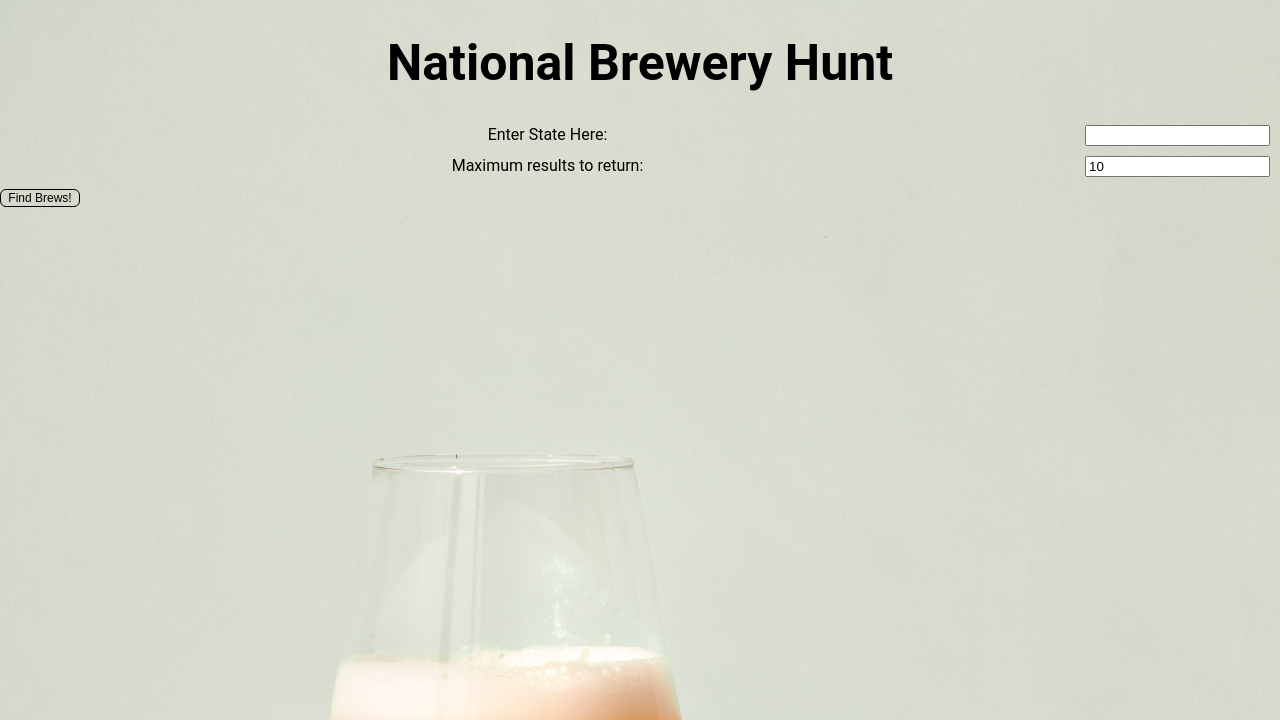
Repository: kaitlynMidori/searchBrews
Page: index.html
These files come from the project's save history. The page is drawn as it stood at one moment and after the next save; the edit follows.
The browser window is 1280 px wide. The pictures show the whole page.

Above is the page before, as saved 2021-01-08 14:07:16.

### index.html
<!DOCTYPE html>
<html lang="en">

<head>
    <meta charset="UTF-8" />
    <meta name="viewport" content="width=device-width, initial-scale=1.0" />
    <meta http-equiv="X-UA-Compatible" content="ie=edge" />
    <title>National Brewery Hunt</title>
    <link rel="stylesheet" href="style.css" />
</head>

<body>
    <div id="container">
        <h1>National Brewery Hunt</h1>

        <form id="search-form">
            <p>
                <label for="by_state">Enter State Here:</label>
                    <input type="text" name="by_state" id="by_state" required />
            </p>

            <p>
                <label for="max-results">Maximum results to return: </label>
                    <input type="number" name="max-results" id="max-results" value="10" />
            </p>

                <input type="submit" value="Find Brews!" class="submit" />
        </form>

        <p id="error-message"></p>
        <section id="results" class="hidden">
            <h2>Search results</h2>
            <ol id="results-list"></ol>
        </section>
    </div>
    <script src="https://code.jquery.com/jquery-3.3.1.js" integrity="sha256-2Kok7MbOyxpgUVvAk/HJ2jigOSYS2auK4Pfzbm7uH60=" crossorigin="anonymous"></script>
    <script src="app.js"></script>
</body>

</html>
<!-- This app doesn't follow a11y best practices, and the JS file is incomplete. Complete the getBreweries, displayResults, and watchSubmit functions. When you're done, this app should allow a user to search for a state, and display a list of breweries in that state. The list should include the brewery's name and a link to their website. You should make requests to this API: https://www.openbrewerydb.org/ . Make any necessary adjustments to make this app accessible. -->

### style.css

body {
    font-family: "Roboto", sans-serif;
    color: black;
    margin: 0;
    background: cover;
    background-image: url("screenshots/beer.jpg");
    background-repeat: repeat;
    background-size: cover;
    background-color: black;
}

.results-amount {
    border: 1px solid black;
    font-size: 12px;
    text-align: center;
}

.submit {
    border: 1px solid black;
}

.hidden {
    display: none;
}

h1  {
    text-align: center;
    font-size: 50px;
}

/* .search-form {
    text-align: center;
    display: flex;
    flex-direction: column;
    width: auto;
    border: 1px solid black;
    padding: 30px;
    margin-left: 100px;
    margin-right: 100px;
    margin-bottom: 50px;
    border-radius: 8px;
} */

legend {
    text-align: center;
}

p {
    margin: 10px;
    display: flex;
    width: auto;
    justify-content: left;
}

label {
    justify-content: center;
    margin-left: auto;
    margin-right: auto;
}

input {
    justify-content:center;
}

.results-amount {
    margin: auto;
    width: 50px;
    height: 25px;
    padding: 0px;
    text-align: center;
    margin-bottom: 10px;
    margin-top: 10px;
    border-radius: 6px;
}

.submit {
    background-color: transparent;
    width: 80px;
    height: 18px;
    margin: auto;
    border-radius: 6px;
    padding: 1px;
    font-size: 12px;
}



.submit:hover {
    cursor: pointer;
}

.results-amount:hover {
    cursor: text;
}


/*Results Styling*/

.results-display-container {
    margin: auto;
}

.single-result {
    border: 1px solid rgb(177, 175, 175);
    margin: auto;
    border-radius: 8px;
    box-shadow: -1px 2px rgb(209, 209, 209);
    padding: 15px;
    width: 1000px;
    margin-bottom: 15px;
}

### app.js
"use strict";

const searchURL = ("https://api.openbrewerydb.org/breweries");

 //format query params
function formatQueryParams(params) {
    //return object array with params
   const queryItems = Object.keys(params)
   //produce object map param string key
     .map(key => `${key}=${params[key]}`)
     //return array as string
   return queryItems.join('&');
 }

function displayResults(responseJson, maxResults) {

    // if there are previous results, remove them
    console.log(responseJson);
    $("#results-list").empty();

    // iterate through the data array
    // list brewery name, city, url
    for (let i = 0; i < responseJson.length; i++) {
    $("#results-list").append(`<li class="each-product-result">

    <h3 class="product-name">${responseJson[i].name}</h3>
    <p class="product-price">${responseJson[i].city}</p>
    <p>Brewery page: <a href=${responseJson[i].website_url}>${responseJson[i].website_url}</a></p><br>
    <br>
    </li>`
      )
  };
    //display the results section
    $("#results").removeClass("hidden");
}

//getBreweries function
function getBreweries(query, maxResults) {
    //set API paramaters
    const params = {
        by_state: query,
        per_page: maxResults,
    };
    //declare queryString as formatQueryParams
    const queryString = formatQueryParams(params);
    //declare url to bind user input string to searchUrl
    const url = searchURL + "?" + queryString;
    console.log(url);
    //initiate fetch request using pure promise to get JSON object
    fetch(url)
    //check for resolved promise
        .then((response) => {
            // if response = true
            if (response.ok) {
                //return response object
                return response.json();
            }
            //raise exception to reject promise error and trigger .catch
            throw new Error(response.statusText);
        })
        .then((responseJson) => displayResults(responseJson, maxResults))
        //Catch any errors and return message
        .catch((err) => {
            $("#error-message").text(`Something went wrong: ${err.message}`);
        });
}

function watchForm() {
    // Bind an event handler to the “submit” JavaScript event
    $("form").submit((event) => {
        // If this method is called, the default action of the event will not be triggered.
        event.preventDefault();
        let by_state = $("#by_state").val();
	// by_state = by_state.replace(/\s/g, '');
        const maxResults = $("#max-results").val();
        getBreweries(by_state, maxResults);
    });
}

//call jQuery to pass in callback function when page loads
$(watchForm);

After the next save:
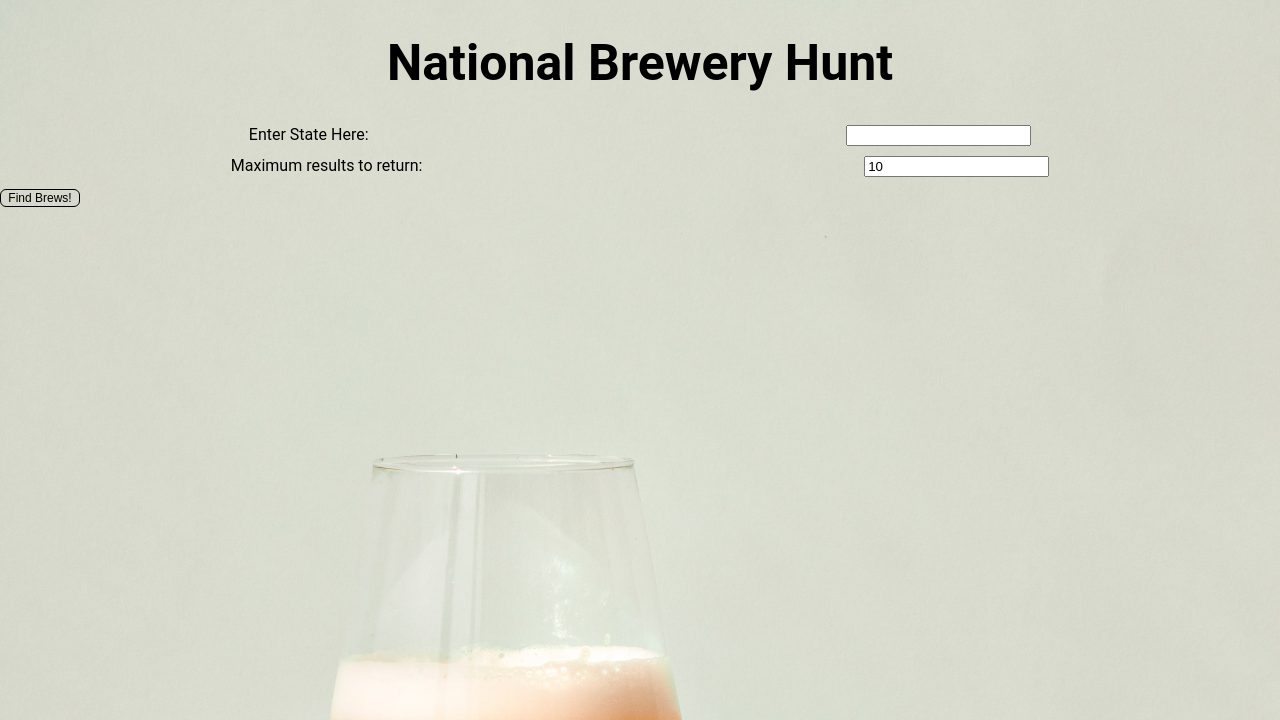
Saved 10 s later.
--- a/style.css
+++ b/style.css
@@ -60,7 +60,9 @@ label {
 }
 
 input {
-    justify-content:center;
+    justify-content: center;
+    margin-left: auto;
+    margin-right: auto;
 }
 
 .results-amount {
